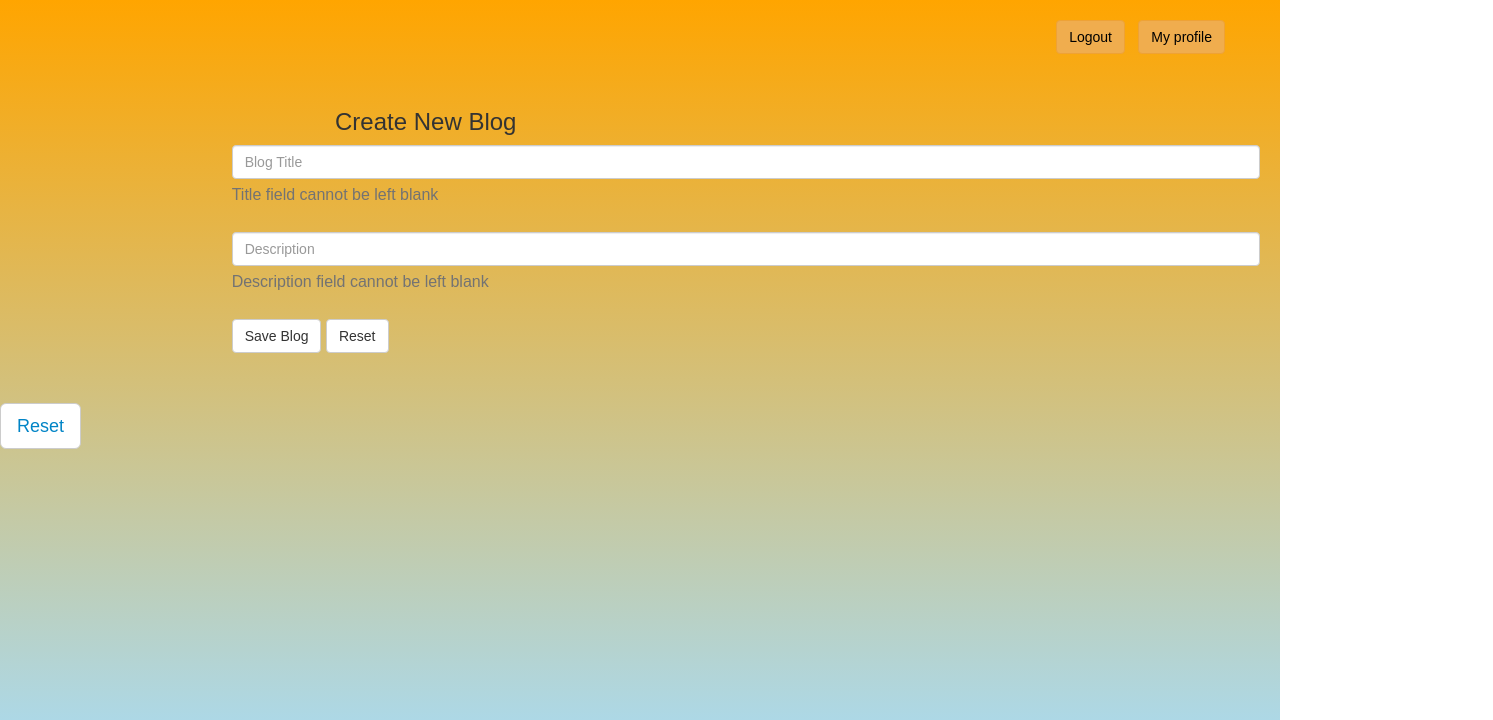
Repository: KaustubhKamat/CollaborationPlatform
Page: CollaborationFrontEnd/WebContent/c_blog/CreateBlog.html
The author's editor kept a copy of each file at every save. The page is drawn from the files as they stood at one save, then again after the next save.
The browser window is 1280 px wide. The page is 1280 px wide, then 1493 px, so the pictures cover 1493 px, including what lies to the right of the window. The pictures show the whole page.
Some web libraries are served in a nearby version.

Above is the page before, as saved 2017-03-14 05:23:31.

After the next save:
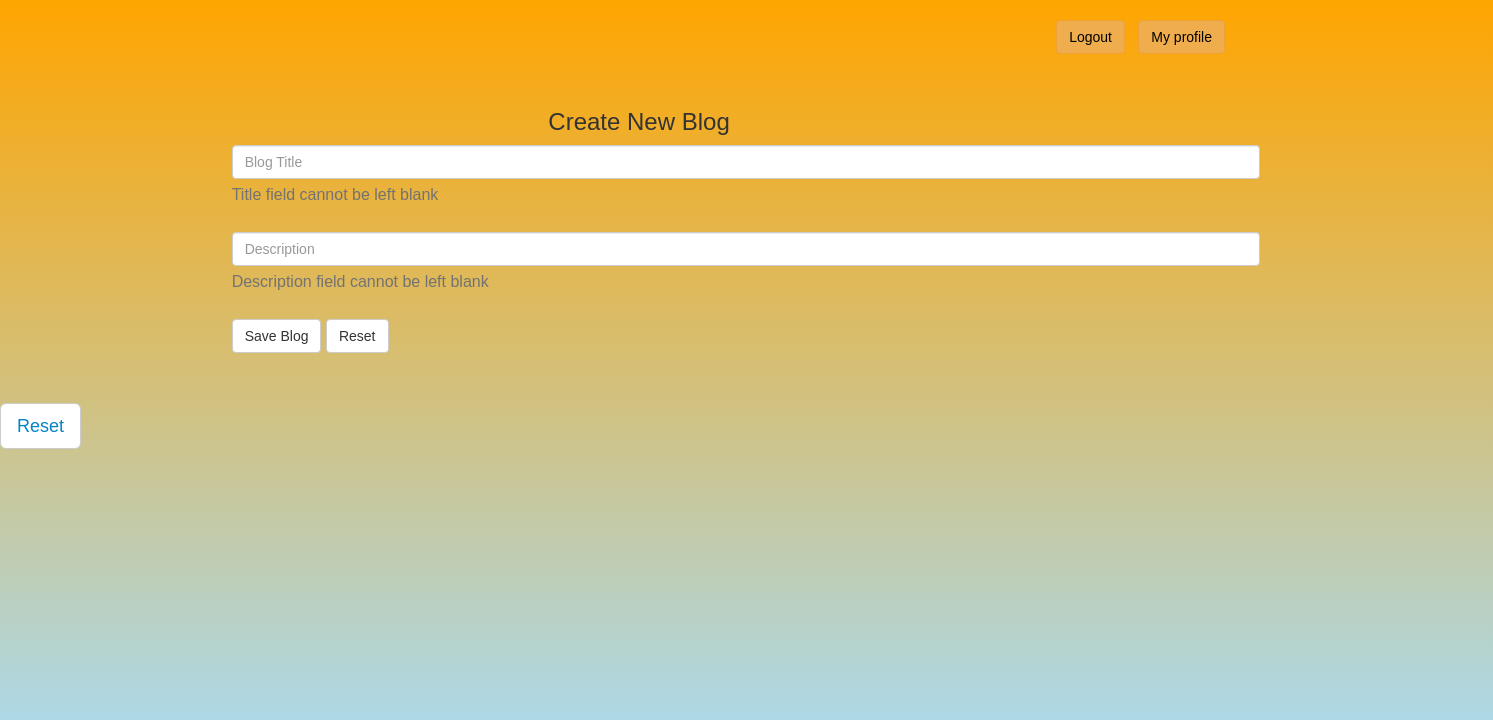
Saved 12 s later.
--- a/CollaborationFrontEnd/WebContent/c_blog/CreateBlog.html
+++ b/CollaborationFrontEnd/WebContent/c_blog/CreateBlog.html
@@ -64,7 +64,7 @@ h2 {
 
 <div ng-controller="BlogController as ctrl">
 
-<div class="col-sm-9 col-md-offset-3">
+<div class="col-sm-9 col-md-offset-5">
 		<h3>Create New Blog</h3>
 		</div>
 
